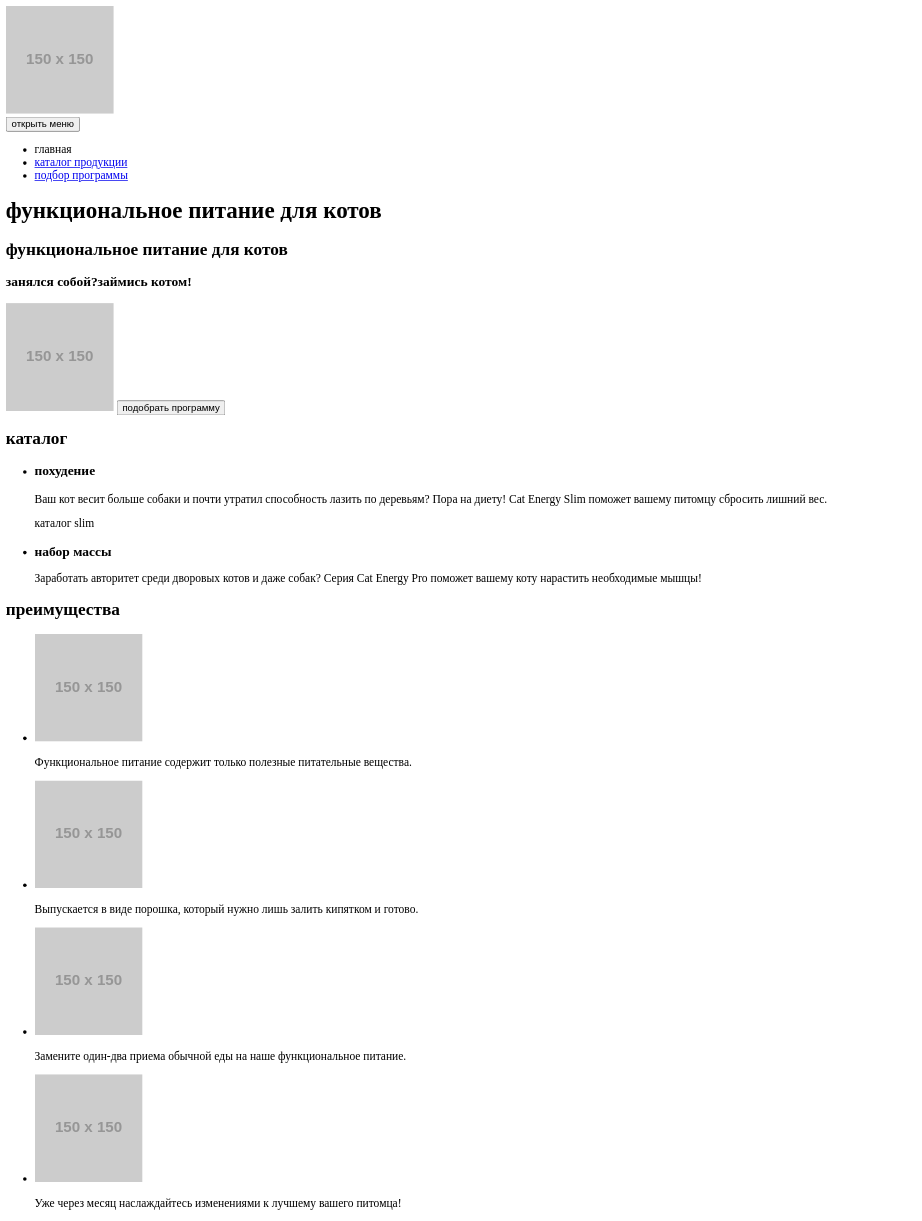
Repository: svetlana2885/1411135-cat-energy-20
Page: source/index.html
An editor plug-in stored every save of this project. The page is shown before and after the next save, followed by the edit.
The browser window is 1280 px wide. The pictures show the whole page, at 72% of full size.

Above is the page before, as saved 2020-07-18 20:39:47.

After the next save:
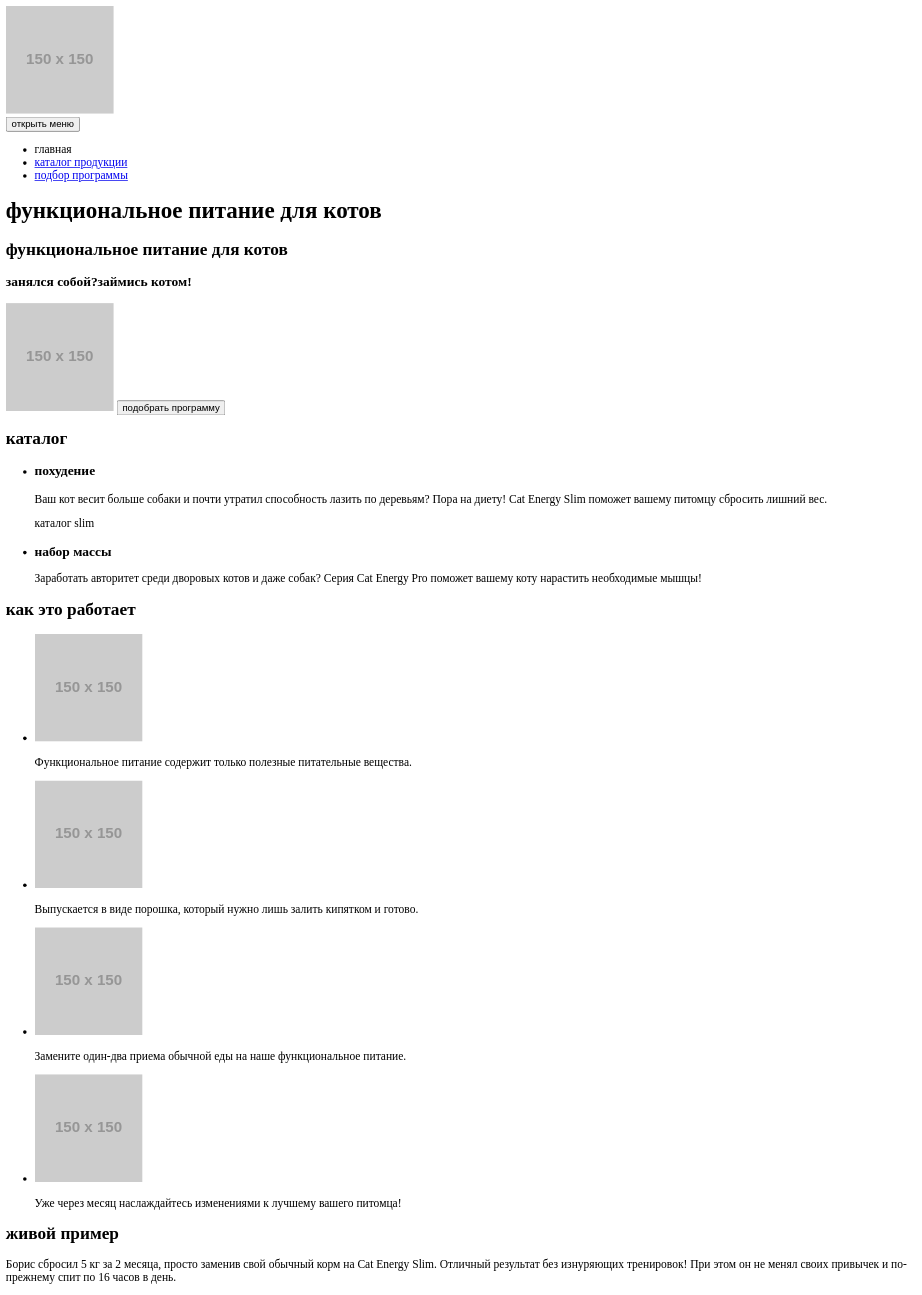
Saved 8 min 18 s later.
--- a/source/index.html
+++ b/source/index.html
@@ -64,7 +64,7 @@
         </div>
       </section>
       <section class="advantages">
-        <h2 class="visually-hidden">преимущества</h2>
+        <h2 class="subtitle">как это работает</h2>
         <ul class="advantages-list">
           <li class="advantages-item">
             <img src="rc=https://via.placeholder.com/150x150" />
@@ -84,7 +84,14 @@
           </li>
         </ul>
       </section>
-      <section></section>
+      <section class="sample">
+        <h2 class="subtitle">живой пример</h2>
+        <p class="text">
+          Борис сбросил 5 кг за 2 месяца, просто заменив свой обычный корм на Cat Energy Slim.
+          Отличный результат без изнуряющих тренировок! При этом он не менял своих привычек и
+          по-прежнему спит по 16 часов в день.
+        </p>
+      </section>
     </main>
   </body>
 </html>
